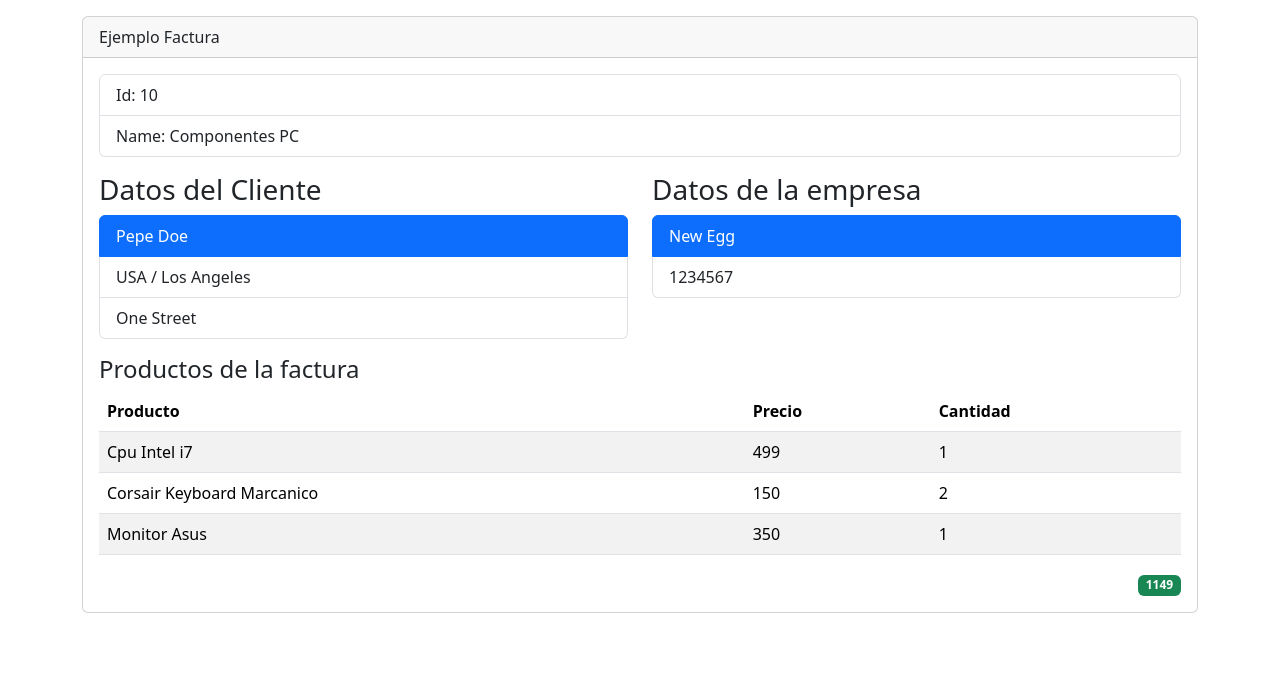
Repository: bryanesteban/4-invoice-app
Page: /
An editor plug-in stored every save of this project. The page is shown before and after the next save, followed by the edit.
The browser window is 1280 px wide. The pictures show the whole page.
The project was rebuilt for these pictures with package versions that can differ from the ones it lists, and the page was loaded fresh each time. Also part of the build but not shown: vite.config.js.

Above is the page before, as saved 2023-11-13 17:14:50.

After the next save:
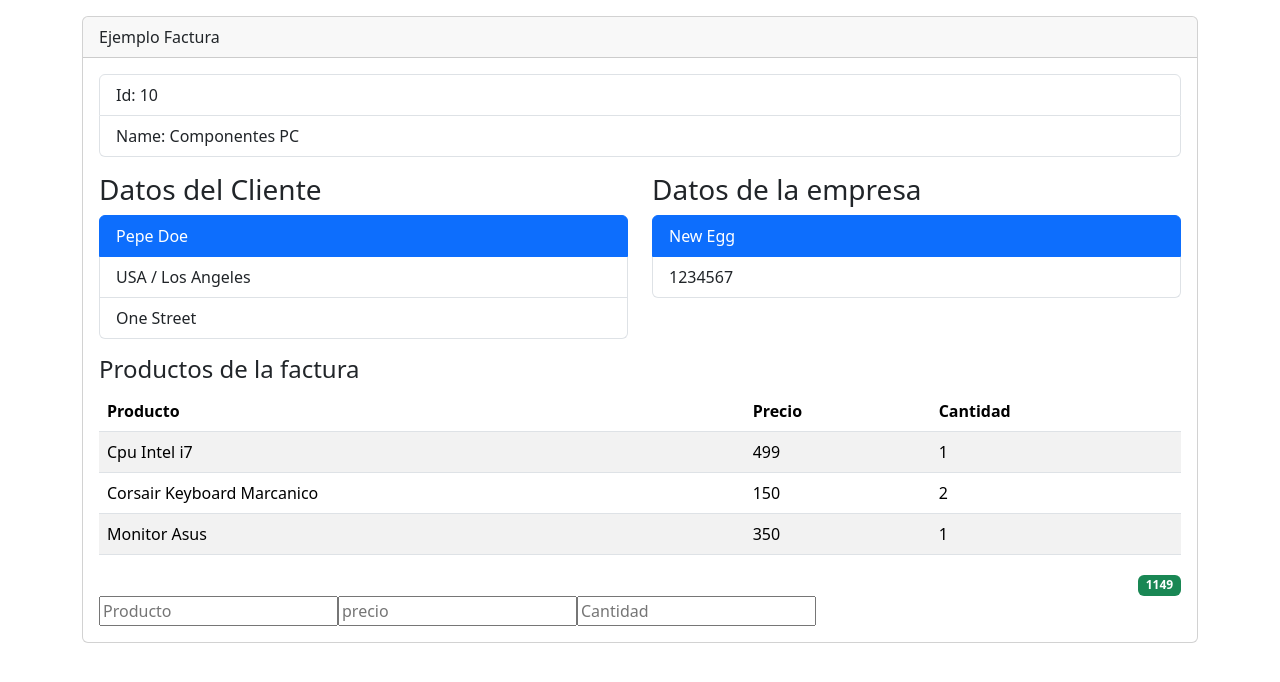
Saved 5 min 41 s later.
--- a/src/InvoiceApp.jsx
+++ b/src/InvoiceApp.jsx
@@ -33,6 +33,19 @@ export const InvoiceApp = () =>{
                     </div>
                     <ListItemsView title="Productos de la factura" items={items} />
                     <TotalView total={total}></TotalView>
+                    <form>
+                        <input type="text"
+                               name="product"
+                               placeholder="Producto"/>
+
+                        <input type="text"
+                               name="price"
+                               placeholder="precio"/>
+
+                        <input type="text"
+                               name="quantity"
+                               placeholder="Cantidad"/>
+                    </form>
                 </div>
             </div>
         </div>
